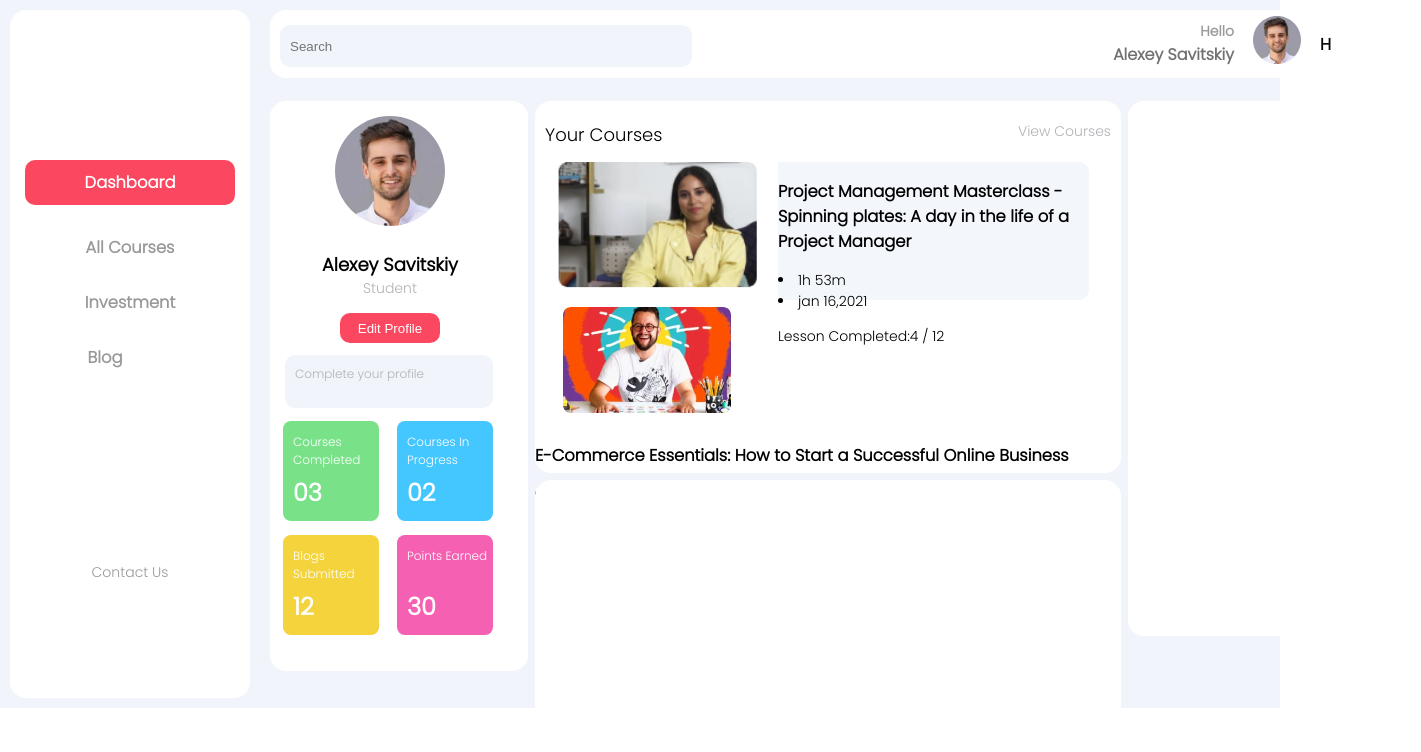
Repository: Anuruddha00/dashboard-design
Page: /
An editor plug-in stored every save of this project. The page is shown before and after the next save, followed by the edit.
The browser window is 1280 px wide. The page is 1421 px wide, so the pictures cover 1421 px, including what lies to the right of the window. The pictures show the whole page.
The project was rebuilt for these pictures with package versions that can differ from the ones it lists, and the page was loaded fresh each time.

Above is the page before, as saved 2021-05-07 19:57:24.

### public/index.html
<!DOCTYPE html>
<html lang="en">
  <head>
    <meta charset="utf-8" />
    <link rel="icon" href="%PUBLIC_URL%/favicon.ico" />
    <meta name="viewport" content="width=device-width, initial-scale=1" />
    <meta name="theme-color" content="#000000" />
    <meta
      name="description"
      content="Web site created using create-react-app"
    />
    <link rel="apple-touch-icon" href="%PUBLIC_URL%/logo192.png" />

    <link rel="preconnect" href="https://fonts.gstatic.com">
    <link href="https://fonts.googleapis.com/css2?family=Poppins:wght@300&display=swap" rel="stylesheet">

    <!--
      manifest.json provides metadata used when your web app is installed on a
      user's mobile device or desktop. See https://developers.google.com/web/fundamentals/web-app-manifest/
    -->
    <link rel="manifest" href="%PUBLIC_URL%/manifest.json" />
    <!--
      Notice the use of %PUBLIC_URL% in the tags above.
      It will be replaced with the URL of the `public` folder during the build.
      Only files inside the `public` folder can be referenced from the HTML.

      Unlike "/favicon.ico" or "favicon.ico", "%PUBLIC_URL%/favicon.ico" will
      work correctly both with client-side routing and a non-root public URL.
      Learn how to configure a non-root public URL by running `npm run build`.
    -->
    <title>React App</title>
  </head>
  <body>
    <noscript>You need to enable JavaScript to run this app.</noscript>
    <div id="root"></div>
    <!--
      This HTML file is a template.
      If you open it directly in the browser, you will see an empty page.

      You can add webfonts, meta tags, or analytics to this file.
      The build step will place the bundled scripts into the <body> tag.

      To begin the development, run `npm start` or `yarn start`.
      To create a production bundle, use `npm run build` or `yarn build`.
    -->
  </body>
</html>

### src/index.js
import React from 'react';
import ReactDOM from 'react-dom';
import Dashboard from './containers/Dashboard/Dashboard';
import reportWebVitals from './reportWebVitals';

ReactDOM.render(
  <React.StrictMode>
    <Dashboard />
  </React.StrictMode>,
  document.getElementById('root')
);

// If you want to start measuring performance in your app, pass a function
// to log results (for example: reportWebVitals(console.log))
// or send to an analytics endpoint. Learn more: https://bit.ly/CRA-vitals
reportWebVitals();

### src/containers/Dashboard/Dashboard.js
import React from 'react';
import './Dashboard.scss';

const dashboard = () =>{

    return(
        <div className='container'>
            <div className='dashboard'>
                <div className='dashboardSideBar'>
                   <div className='dashboardSideBarTitle'>
                        <h3 className='dashboardSideBarTitleDashboard'>Dashboard</h3>
                        <h3 className='dashboardSideBarTitleCourses'>All Courses</h3>
                        <h3 className='dashboardSideBarTitleInvestment'>Investment</h3>
                        <h3 className='dashboardSideBarTitleBlog'>Blog</h3>
                   </div>
                   <div className='dashboardSideBarContact'>
                        <p>Contact Us</p>
                   </div>
                </div>
                <div className='dashboardMenu'>
                    <section className='content'>
                        <nav className='contentNavbar'>
                            <div className='contentNavbarSearch'>
                                <form>
                                    <input type='text' placeholder='Search'/>
                                </form>
                            </div>
                            <div className='contentNavbarProfile'>
                                <div className='contentNavbarProfileName'>
                                    <h3>Hello</h3>
                                    <h2>Alexey Savitskiy</h2>
                                </div>
                                <img src='./assets/Image 9.png'/>
                                <h1>H</h1>
                            </div>
                        </nav>

                        <div className='contentBody'>
                            <section className='details'>
                                <div className='detailsAbout'>
                                    <div className='detailsAboutProfile'>
                                        <img src='./assets/Image 12.png'/>
                                        <h3>Alexey Savitskiy</h3>
                                        <p>Student</p>
                                        <button>Edit Profile</button>
                                    </div>
                                    <div className='detailsAboutComplete'>
                                        <p>Complete your profile</p>
                                    </div>
                                    <div className='detailsAboutProgress'>
                                        <div className='detailsAboutProgressCompleted'>
                                            <p>Courses Completed</p>
                                            <h1>03</h1>
                                        </div>
                                        <div className='detailsAboutProgressContinue'>
                                            <p>Courses In Progress</p>
                                            <h1>02</h1>
                                        </div>
                                        <div className='detailsAboutProgressBlogs'>
                                            <p>Blogs Submitted</p>
                                            <h1>12</h1>
                                        </div>
                                        <div className='detailsAboutProgressPoints'>
                                            <p>Points Earned</p>
                                            <h1>30</h1>
                                        </div>
                                    </div>
                                </div>
                            </section>

                            <section className='view'>
                                <section className='courses'>
                                    <nav className='coursesNavbar'>
                                      <li className='coursesNavbarTitle'>Your Courses</li>
                                      <li className='coursesNavbarView'>View Courses</li>
                                    </nav>
                                    <div className='coursesList'>
                                        <div className='coursesListManagement'>
                                            <img className='coursesListManagementImage' src='./assets/Image 15.png'/>
                                            <div className='coursesListManagementDescription'>
                                                <h3>Project Management Masterclass - Spinning plates: A day in the life of a Project Manager</h3>
                                                <div>
                                                    <li>1h 53m</li>
                                                    <li>jan 16,2021</li>
                                                </div>
                                                <p>Lesson Completed:4 / 12</p>
                                            </div>
                                        </div>
                                        <div className='C'>
                                            <img src='./assets/Image 16.png'/>
                                            <div className='coursesListManagementDescription'>
                                                <h3>E-Commerce Essentials: How to Start a Successful Online Business</h3>
                                                <div>
                                                    <li>2h 43m</li>
                                                    <li>jan 16,2021-May 16,2021</li>
                                                </div>
                                                <p>Lesson Completed:4 / 12</p>
                                            </div>
                                        </div>
                                    </div>
                                </section>
                                <section className='blog'>

                                </section>
                            </section>

                            <section className='notification'>
                                <div className='notificationBar'>

                                </div>
                            </section>
                        </div>
                   </section>
                </div>
            </div>
        </div>
    )

}
export default dashboard;

### src/containers/Dashboard/Dashboard.scss

body{
    margin: 0;
    padding: 0;
    font-size: 0.875rem;
    font-family: 'Poppins', sans-serif;

}

.container{
    background: #f1f5fb;
    height: 100%;
    width: 100%;

    .dashboard{
        display: grid;
        grid-template-columns: 1fr 1fr;

        &SideBar{
            grid-column: 1;
            grid-row: 1 / 6;
            border-radius: 16px;
            background: #ffffff;
            margin: 10px;
            height: 688px;
            width: 240px;

            &Title{
                margin-top: 150px;
                font-size: 14px;

                &Dashboard{
                    background:#fc4760;
                    border-radius: 10px;
                    text-align: center;
                    padding: 10px 10px 10px 10px;
                    margin: 10px 15px 10px 15px;
                    color: #ffffff;

                }
                &Courses{
                    text-align: center;
                    margin-top: 30px;
                    color: #9a9999;
                }
                &Investment{
                    text-align: center;
                    margin-top: 30px;
                    color: #9a9999;
                }
                &Blog{
                    text-align: center;
                    margin-top: 30px;
                    margin-right: 50px;
                    color: #9a9999;
                }
            }
            &Contact{
                margin-top: 80%;

                p{
                    text-align: center;
                    color: #9a9999;
                    font-size: 14px;
                }

            }
        }
        &Menu{
            grid-column: 2;
            grid-row: 1 / 6;
            margin: 10px;

            .content{
                display: grid;
                grid-template-rows:1fr 7fr ;
                gap:10px;

                &Navbar{
                    display: flex;
                    justify-content: space-between;
                    background: #ffffff;
                    border-radius: 16px;
                    height: 68px;
                    width: 1151px;

                    &Search{

                        input{
                            background: #f1f5fb;
                            border-style: none;
                            padding-left: 10px;
                            width: 400px;
                            height: 40px;
                            margin: 15px 0 0 10px;
                            border-radius: 10px;

                        }
                    }
                    &Profile{
                        display: flex;
                        flex-direction: row;
                        gap: 1em;
                        margin-right: 90px;
                        align-items: center;
                        height: 68px;

                        &Name{
                            text-align: end;
                            margin-top: 0;

                            h3{
                                color: #9a9999;
                                margin: 0;
                                font-size: 14px;
                            }
                            h2{
                                margin: 0;
                                font-size: 16px;
                                color: #707070;
                            }
                        }
                    }
                }
                &Body{
                    display: grid;
                    grid-template-columns: 1fr 1fr 1fr;
                    position: relative;

                    .details{
                        border-radius: 16px;
                        background: #ffffff;


                        &About{
                            height:555px;
                            width: 240px;

                            &Profile{
                                text-align: center;
                                margin-top: 15px;


                                h3{
                                    font-size: 18px;
                                    margin: 0;
                                }
                                p{
                                    color: #b0b2b5;
                                    margin-top: 0;
                                }
                                button{
                                    border-style: none;
                                    border-radius: 10px;
                                    width: 100px;
                                    height: 30px;
                                    color: #ffffff;
                                    background: #fc4760;

                                }
                            }
                            &Complete{
                                background: #f1f5fb;
                                border-radius: 10px;
                                color: #b0b2b5;
                                height: 53px;
                                width: 208px;
                                font-size: 12px;
                                margin-left: 15px;

                                p{
                                    padding-left: 10px;
                                    padding-top: 10px;
                                }
                            }
                            &Progress{
                                display: grid;
                                grid-template-columns: 1fr 1fr;
                                margin: 13px;
                                gap: 1em;
                                color: #ffffff;

                                p{
                                    font-size: 12px;
                                    padding-left: 10px;
                                }


                                &Completed{
                                    background: #79e289;
                                    border-radius: 8px;
                                    width: 96px;
                                    height: 100px;
                                    position: relative;

                                    h1{
                                        font-size: 24px;
                                        position: absolute;
                                        left: 10px;
                                        top: 30px;
                                    }

                                }
                                &Continue{
                                    background:  #44c6ff;
                                    border-radius: 8px;
                                    width: 96px;
                                    height: 100px;
                                    position: relative;

                                    h1{
                                        font-size: 24px;
                                        position: absolute;
                                        left: 10px;
                                        top: 30px;
                                    }

                                }
                                &Blogs{
                                    background:  #f4d33d;
                                    border-radius: 8px;
                                    width: 96px;
                                    height: 100px;
                                    position: relative;

                                    h1{
                                        font-size: 24px;
                                        position: absolute;
                                        left: 10px;
                                        top: 30px;
                                    }
                                }
                                &Points{
                                    background: #f560b2;
                                    border-radius: 8px;
                                    width: 96px;
                                    height: 100px;
                                    position: relative;

                                    h1{
                                        font-size: 24px;
                                        position: absolute;
                                        left: 10px;
                                        top: 30px;
                                    }
                                }
                            }
                        }
                    }
                    .view{
                        margin-left: 7px;

                        .courses{
                            width: 586px;
                            height: 372px;
                            border-radius: 16px;
                            background: #ffffff;
                            position: relative;

                            &Navbar{
                                list-style: none;
                                display: flex;
                                justify-content: space-between;

                                &Title{
                                    font-size: 18px;
                                    font-weight: 500px;
                                    padding: 20px 0 0 10px;
                                }
                                &View{
                                    color: #b0b2b5;
                                    font-size: 14px;
                                    padding: 20px 10px;
                                }
                            }
                            &List{

                                &Management{
                                    background: #f3f6fb;
                                    border-radius: 10px;
                                    width: 554px;
                                    height: 138px;
                                    display: flex;
                                }
                                &Business{
                                    background: #f3f6fb;
                                    border-radius: 10px;
                                    width: 554px;
                                    height: 138px;
                                    display: flex;
                                }
                            }

                        }

                        .blog{
                            width: 586px;
                            height: 272px;
                            border-radius: 16px;
                            background: #ffffff;
                            margin-top: 7px;
                            position: absolute;

                        }
                    }
                    .notification{
                        margin-left: 7px;

                        &Bar{
                            background: #ffffff;
                            width: 293px;
                            height: 535px;
                            border-radius: 16px;
                        }
                    }
                }
            }
        }
    }
}

Loaded but not shown: src/reportWebVitals.js (common file)

After the next save:
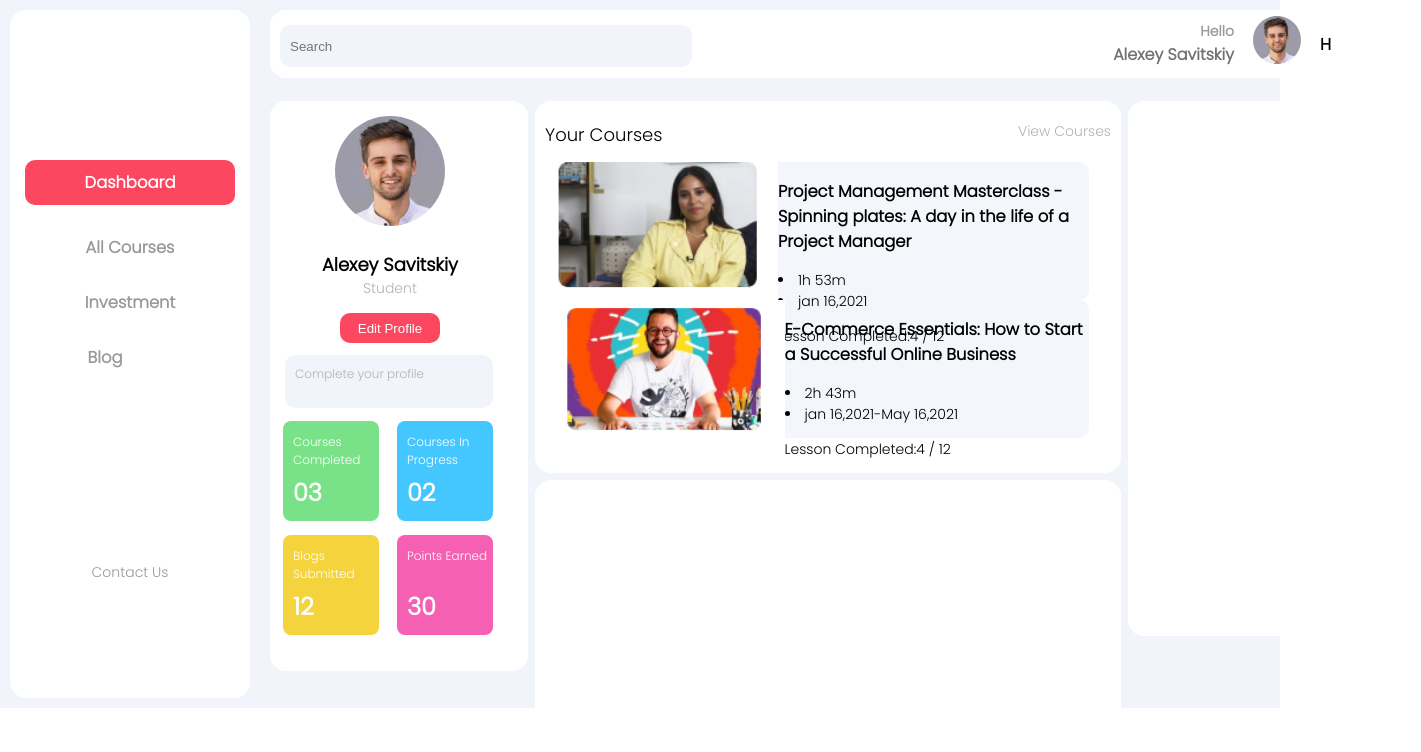
Saved 5 s later.
--- a/src/containers/Dashboard/Dashboard.js
+++ b/src/containers/Dashboard/Dashboard.js
@@ -76,7 +76,7 @@ const dashboard = () =>{
                                     </nav>
                                     <div className='coursesList'>
                                         <div className='coursesListManagement'>
-                                            <img className='coursesListManagementImage' src='./assets/Image 15.png'/>
+                                            <img src='./assets/Image 15.png'/>
                                             <div className='coursesListManagementDescription'>
                                                 <h3>Project Management Masterclass - Spinning plates: A day in the life of a Project Manager</h3>
                                                 <div>
@@ -86,9 +86,9 @@ const dashboard = () =>{
                                                 <p>Lesson Completed:4 / 12</p>
                                             </div>
                                         </div>
-                                        <div className='C'>
+                                        <div className='coursesListBusiness'>
                                             <img src='./assets/Image 16.png'/>
-                                            <div className='coursesListManagementDescription'>
+                                            <div className='coursesListBusinessDescription'>
                                                 <h3>E-Commerce Essentials: How to Start a Successful Online Business</h3>
                                                 <div>
                                                     <li>2h 43m</li>
